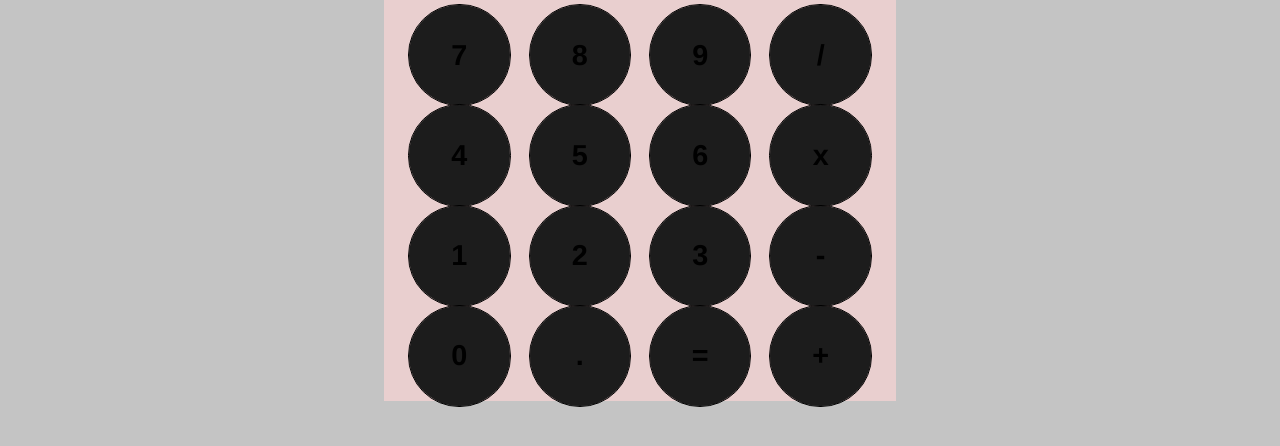
Repository: raulpenate/Calculadora-VUE3
Page: /
The author's editor kept a copy of each file at every save. The page is drawn from the files as they stood at one save, then again after the next save.
The browser window is 1280 px wide. The pictures show the whole page.
The project was rebuilt for these pictures with package versions that can differ from the ones it lists, and the page was loaded fresh each time. Also part of the build but not shown: src/components/HelloWorld.vue.

Above is the page before, as saved 2022-03-11 09:00:11.

After the next save:
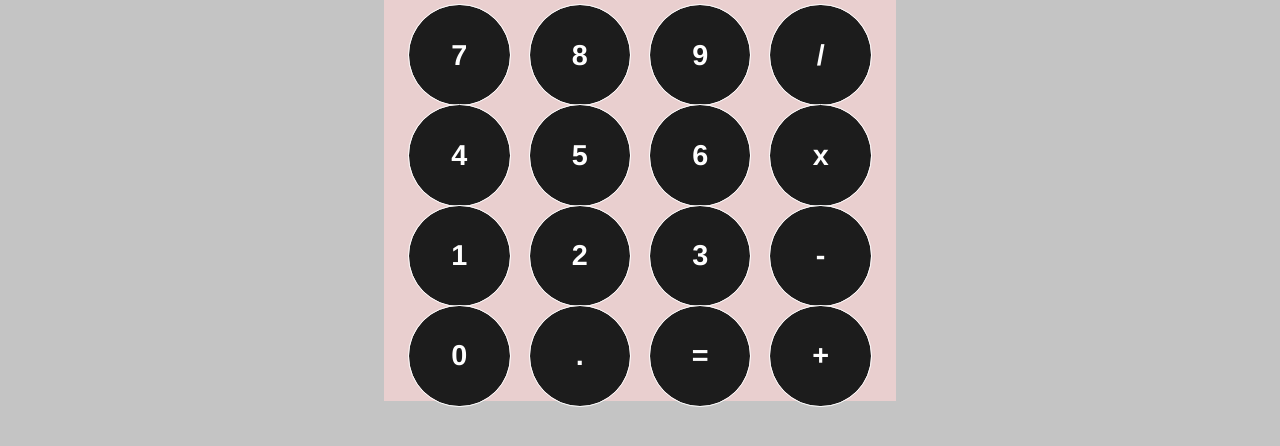
Saved 29 s later.
--- a/src/components/Calculator.vue
+++ b/src/components/Calculator.vue
@@ -61,6 +61,7 @@ body{
 
 .boton{
     background: #1C1C1C;
+    color: #FFFFFF;
     width: 90px;
     height: 90px;
     position: relative;
